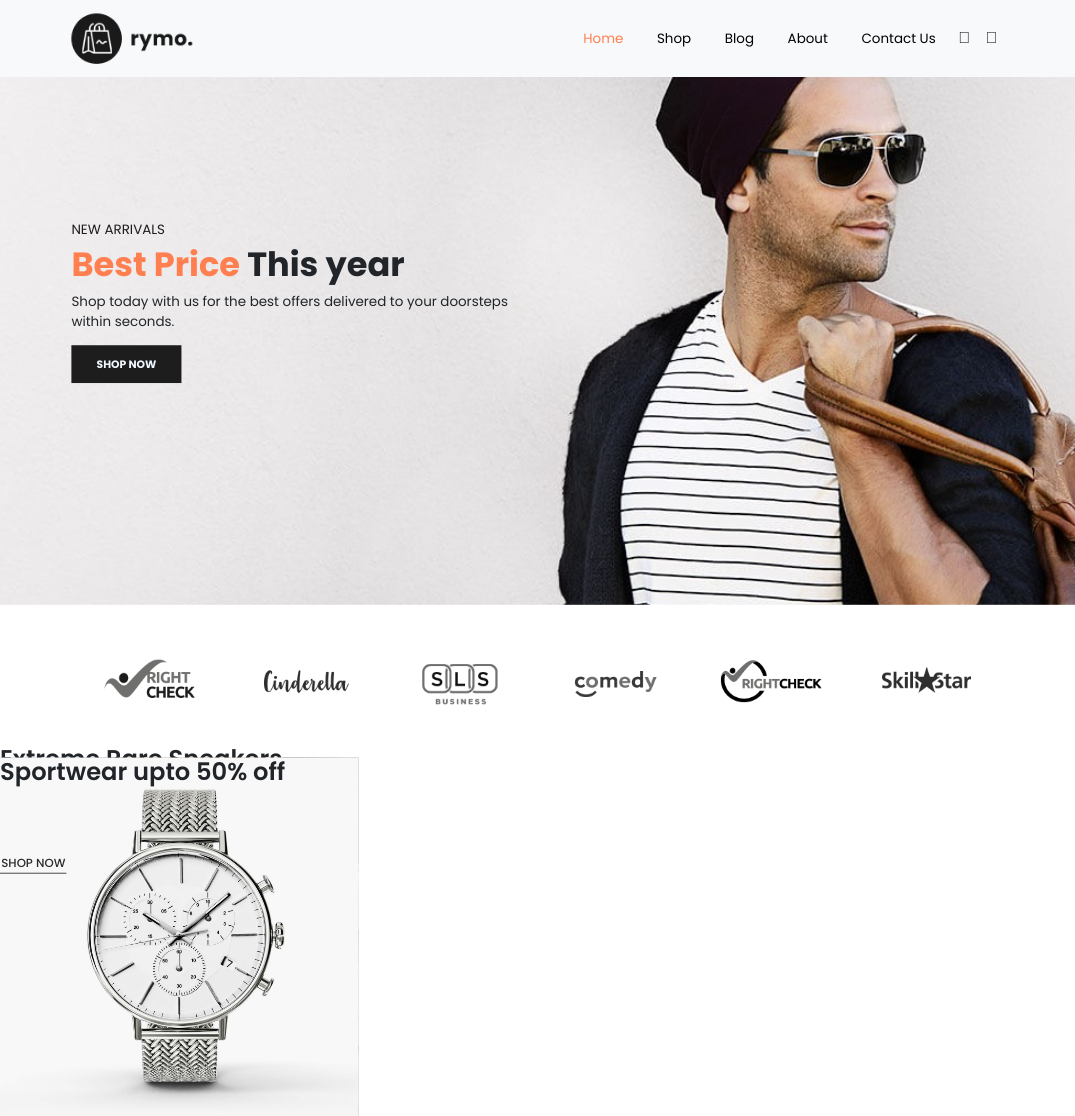
Repository: peter417waweru/e-commerce-UI
Page: index.html
The author's editor kept a copy of each file at every save. The page is drawn from the files as they stood at one save, then again after the next save.
The browser window is 1280 px wide. The pictures show the whole page, at 84% of full size.
Some web libraries are served in a nearby version.

Above is the page before, as saved 2025-02-07 21:28:39.

### index.html
<!DOCTYPE html>
<html lang="en">

    <head>
        <meta charset="UTF-8">
        <meta http-equiv="X-UA-Compatible" content="IE=edge">
        <meta name="viewport" content="width=device-width, initial-scale=1.0">
        <title>Ecommerce Website1</title>

        <link rel="stylesheet" href="https://cdn.jsdelivr.net/npm/bootstrap@4.1.3/dist/css/bootstrap.min.css"
         integrity="sha384-MCw98/SFnGE8fJT3GXwEOngsV7Zt27NXFoaoApmYm81iuXoPkFOJwJ8ERdknLPMO" crossorigin="anonymous">

        <link rel="stylesheet" href="https://pro.fontawesome.com/releases/v5.10.0/css/all.css" />

        <link rel="stylesheet" href="./style.css">
    </head>

    <body>

        <nav class="navbar navbar-expand-lg navbar-light bg-light py-3 fixed-top">
            <div class="container">
              <img src="img/logo1.png" alt="">
              <button class="navbar-toggler" type="button" data-bs-toggle="collapse" data-bs-target="#navbarSupportedContent" aria-controls="navbarSupportedContent" aria-expanded="false" aria-label="Toggle navigation">
                <span><i id="bar" class="fas fa-bars"></i></span>
              </button>
              <div class="collapse navbar-collapse" id="navbarSupportedContent">
                <ul class="navbar-nav ml-auto">
                  <li class="nav-item">
                    <a class="nav-link active" aria-current="page" href="#">Home</a>
                  </li>
                  <li class="nav-item">
                    <a class="nav-link" aria-current="page" href="#">Shop</a>
                  </li>
                  <li class="nav-item">
                    <a class="nav-link" aria-current="page" href="#">Blog</a>
                  </li>
                  <li class="nav-item">
                    <a class="nav-link" aria-current="page" href="#">About</a>
                  </li>
                  <li class="nav-item">
                    <a class="nav-link" aria-current="page" href="#">Contact Us</a>
                  </li>
                  <li class="nav-item">
                    <i class="fal fa-search"></i>
                    <i class="fal fa-shopping-bag"></i>
                  </li>


                </ul>

              </div>
            </div>
        </nav>


        <section id="home">
          <div class="container">
            <h5>NEW ARRIVALS</h5>
            <h1><span>Best Price</span> This year</h1>
            <p>Shop today with us for the best offers delivered to your doorsteps <br>
               within seconds.
            </p>
            <button>Shop Now</button>
          </div>
        </section>

        <section id="brand" class="container">
          <div class="row m-0 py-5">
            <img class="img-fluid col-lg-2 col-md-4 col-sm-6" src="img/brand/1.png" alt="">
            <img class="img-fluid col-lg-2 col-md-4 col-sm-6" src="img/brand/2.png" alt="">
            <img class="img-fluid col-lg-2 col-md-4 col-sm-6" src="img/brand/3.png" alt="">
            <img class="img-fluid col-lg-2 col-md-4 col-sm-6" src="img/brand/4.png" alt="">
            <img class="img-fluid col-lg-2 col-md-4 col-sm-6" src="img/brand/5.png" alt="">
            <img class="img-fluid col-lg-2 col-md-4 col-sm-6" src="img/brand/6.png" alt="">
          </div>
        </section>

        <section id="new" class="w-100">
          <div class="row p-0 m-0">
            <div class="one col-lg-4 col-md-12 col-sm-12 p-0">
              <img class="img-fluid" src="img/new/1.jpg" alt="">
              <div class="details">
                <h2>Extreme Rare Sneakers</h2>
                <button class="text-uppercase">shop now</button>
              </div>
            </div>
            <div class="one col-lg-4 col-md-12 col-sm-12 p-0">
              <img class="img-fluid" src="img/new/5.jpg" alt="">
              <div class="details">
                <h2>Awesome blank outfit</h2>
                <button class="text-uppercase">shop now</button>
              </div>
            </div>
            <div class="one col-lg-4 col-md-12 col-sm-12 p-0">
              <img class="img-fluid" src="img/new/3.jpg" alt="">
              <div class="details">
                <h2>Sportwear upto 50% off</h2>
                <button class="text-uppercase">shop now</button>
              </div>
            </div>
          </div>
        </section>


        <script src="https://cdn.jsdelivr.net/npm/@popperjs/core@2.9.1/dist/umd/popper.min.js"
            integrity="sha384-SR1sx49pcuLnqZUnnPwx6FCym0wLsk5JZuNx2bPPENzswTNFaQU1RDvt3wT4gWFG"
            crossorigin="anonymous"></script>
        <script src="https://cdn.jsdelivr.net/npm/bootstrap@5.0.0-beta3/dist/js/bootstrap.min.js"
            integrity="sha384-j0CNLUeiqtyaRmlzUHCPZ+Gy5fQu0dQ6eZ/xAww941Ai1SxSY+0EQqNXNE6DZiVc"
            crossorigin="anonymous"></script>
    </body>

</html>

### style.css
@import url("https://fonts.googleapis.com/css2?family=Poppins:wght@100;200;300;400;500;600;700;800;900&display=swap");
* {
  margin: 0;
  padding: 0;
  box-sizing: border-box;
}

body {
  font-family: "Poppins", sans-serif;
}

h1 {
  font-size: 2.5rem;
  font-weight: 700;
}

h2 {
  font-size: 1.8rem;
  font-weight: 600;
}

h3 {
  font-size: 1.4rem;
  font-weight: 800;
}

h4 {
  font-size: 1.1rem;
  font-weight: 600;
}

h5 {
  font-size: 1rem;
  font-weight: 400;
  color: #1d1d1d;
}

h6 {
  color: #d8d8d8;
}

button {
  font-size: 0.8rem;
  font-weight: 700;
  outline: none;
  border: none;
  background-color: #1d1d1d;
  color: aliceblue;
  padding: 13px 30px;
  cursor: pointer;
  text-transform: uppercase;
  transition: 0.3s ease;
}

button:hover {
  background-color: #3a3833;
}

hr {
  width: 30px;
  height: 2px;

}

.navbar {
  font-size: 16px;
  background-color: #d8d8d8;
  top: 0;
  left: 0;
}

.navbar-light .navbar-nav .nav-link{
  padding: 0 20px;
  color: black;
  transition: 0.3s ease;
}

.navbar-light .navbar-nav .nav-link:hover,
.navbar i:hover,
.navbar-light .navbar-nav .nav-link.active,
.navbar i.active
{
  color: coral;
}



.navbar i{
  font-size: 1.2rem;
  padding: 0 7px;
  cursor: pointer;
  transition: 0.3s ease;
}

/* Mobile Nav*/


.navbar-light .navbar-toggler{
  border: none;
  outline: none;
}

#bar {
  font-size: 1.5rem;
  padding: 7px;
  cursor: pointer;
  font-weight: 500;
  color: black;
  transition: 0.3s ease;
}

#bar:hover,
#bar.active{
  color: #fff;
}

@media only screen and (max-width: 990px) {

  body > nav > div > button:hover ,
  body > nav > div > button:focus {
    background-color: #fb774b;
  }

  body > nav > div > button:hover #bar,
  body > nav > div > button:focus #bar {
    background-color: #fb774b;
  }

  #navbarSupportedContent > ul {
    margin: 1rem;
    justify-content: flex-end;
    align-items: flex-end;
    text-align: right;
  }

  #navbarSupportedContent > ul > li:nth-child(n) > a {
    padding: 10px 0;
  }
}


#home {
  background-image: url("img/back.jpg");
  width: 100%;
  height: 100vh;
  background-size: cover;
  background-position: top 70px center;
  display: flex;
  flex-direction: column;
  align-items: flex-start;
  justify-content: center;

}

#home span{
  color: coral;
}

#new .one{
  position: absolute;
}

#new .one img{
  width: 100%;
  height: 100%;
  background-position: center center;
  background-repeat: no-repeat;
  background-size: cover;

}


#new .one .details{
  position: absolute;
  width: 100%;
  height: 10%;
  top: 0;
  left: 0;
  transition: 0.3s ease;
}

#new .one:hover .details{
  cursor: pointer;
  background-color: rgba(255, 178, 178, 0.8);
}

#new .one .details button{
 display: inline-block;
 font-size: 14px;
 font-weight: 500;
 color: #2a2a2a;
 background: none;
 text-transform: uppercase;
 border-bottom: 1px solid #2a2a2a;
 padding: 1.5px;
 transform: translateY(70px);
 transition: 0.3s ease;
}

#new .one .details button:hover{
  cursor: pointer;
  color: #fff;
  border-bottom: 1px solid #fff;
}

#new .one:nth-child(1) .details{
  display: flex;
  justify-content: center;
  flex-direction: column;
  align-items: flex-start;
  text-align: start;

}

After the next save:
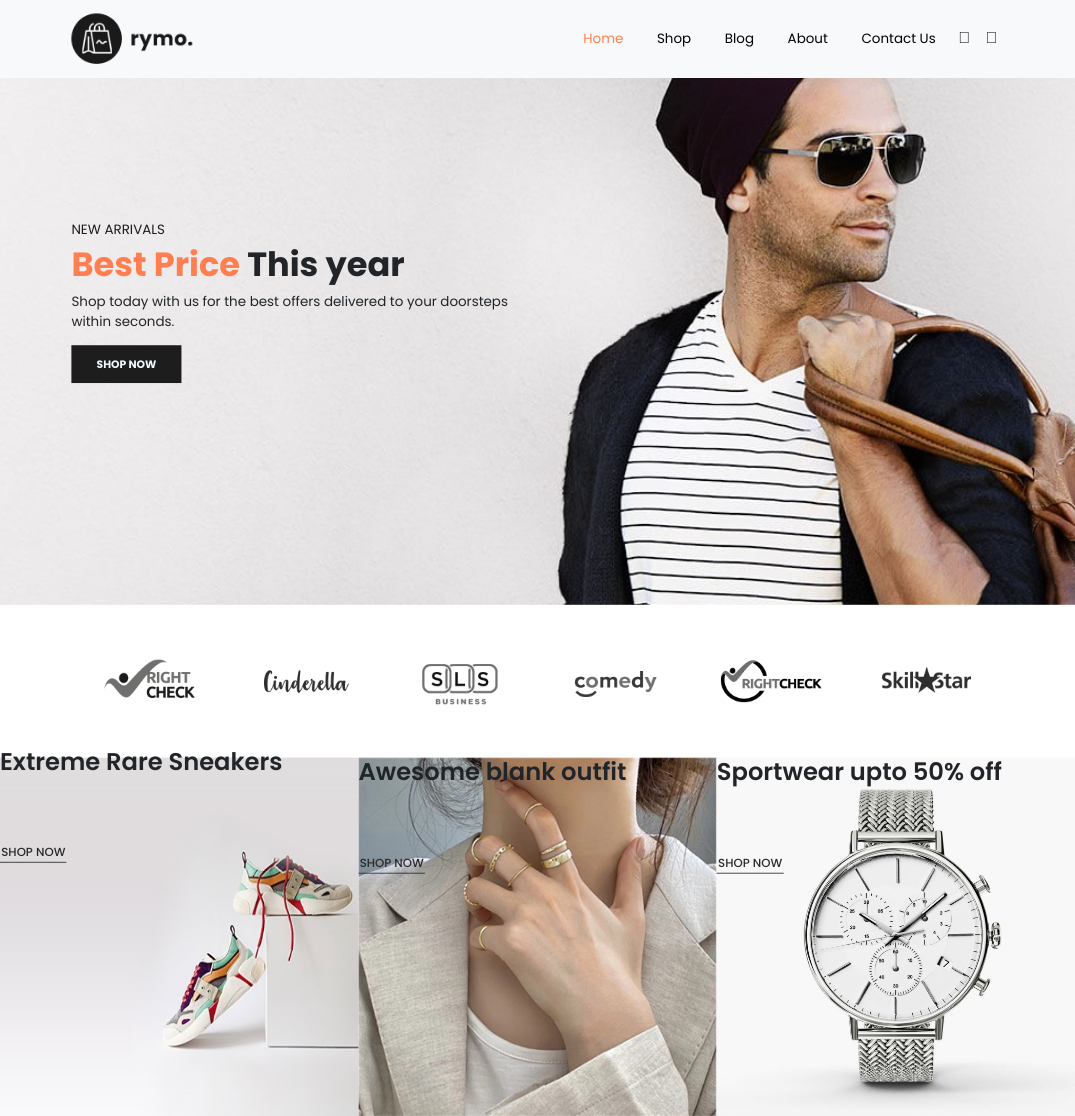
Saved 35 s later.
--- a/style.css
+++ b/style.css
@@ -156,17 +156,13 @@ hr {
   color: coral;
 }
 
-#new .one{
-  position: absolute;
-}
-
 #new .one img{
   width: 100%;
   height: 100%;
   background-position: center center;
   background-repeat: no-repeat;
   background-size: cover;
-
+  position: relative;
 }
 
 
